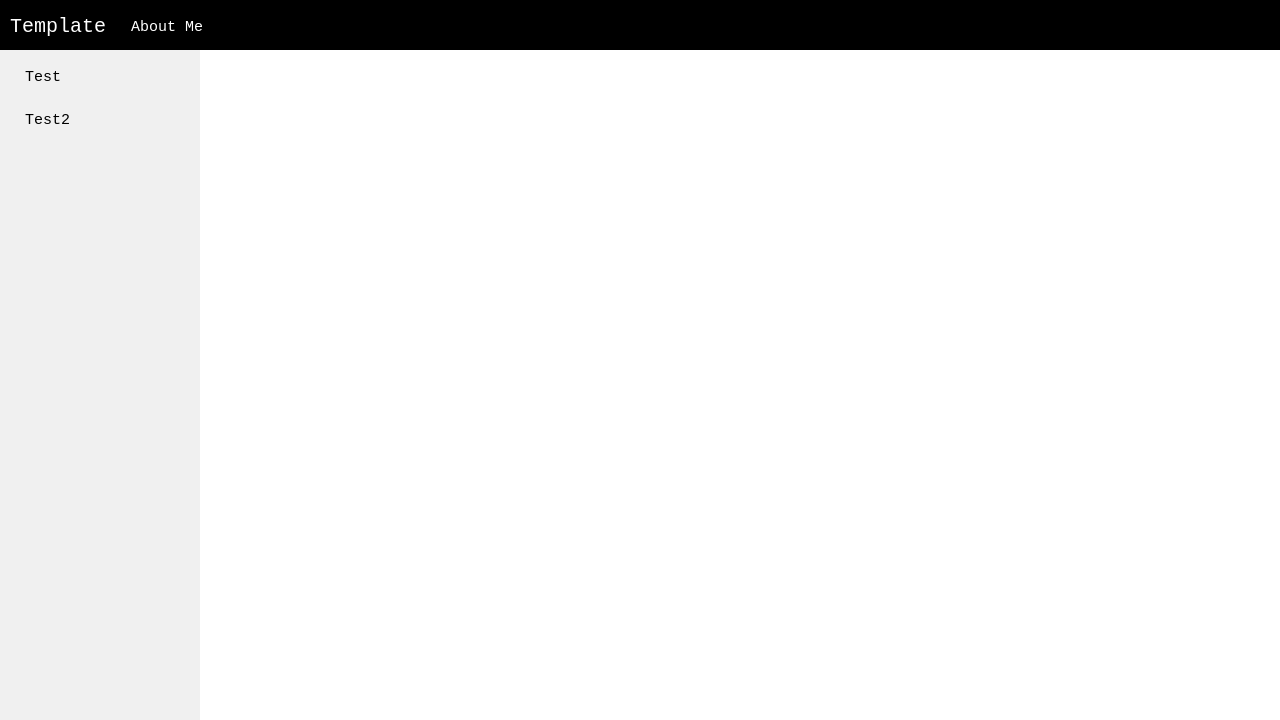
Repository: TimKral5/WikiPage
Page: index.html
The author's editor kept a copy of each file at every save. The page is drawn from the files as they stood at one save, then again after the next save.
The browser window is 1280 px wide. The pictures show the whole page.

Above is the page before, as saved 2022-11-10 19:03:11.

### index.html
<!DOCTYPE html>
<html lang="en">

<head>
    <meta charset="UTF-8">
    <meta http-equiv="X-UA-Compatible" content="IE=edge">
    <meta name="viewport" content="width=device-width, initial-scale=1.0">
    <title>Template</title>

    <link rel="stylesheet" href="style.css">
    <link rel="stylesheet" href="ScrollbarAndNosellect.css">
    <script src="tab-system.js" defer></script>
</head>

<body>
    <div class="nav-top">
        <div class="title">Template</div>
        <a class="item" href="http://tim.krals.ch">About Me</a>
    </div>

    <div class="nav-side">
        <a class="item" href="#main/test">Test</a>
        <a class="item" href="#main/test2">Test2</a>
    </div>

    <div id="content" name="main" class="tabgroup">
        <iframe id="contents" src="" frameborder="0"></iframe>
    </div>
</body>

</html>

### style.css
html, body {
    font-family: "Courier New";
}

body > div#content {
    position: absolute;
    top: 50px;
    left: 200px;
    right: 0px;
    bottom: 0px;
}

iframe#contents {

}

body > div.nav-side {
    position: absolute;
    top: 50px;
    left: 0px;
    bottom: 0px;
    width: 200px;
    background-color: rgb(240  240 240);
}

body > div.nav-top {
    position: absolute;
    top: 0px;
    left: 0px;
    right: 0px;
    height: 50px;
    display: flex;

    background-color: rgb(0 0 0);
}

div.nav-top > div.title {
    display: flex;
    color: rgb(255 255 255);
    align-content: center;
    width: max-content;
    padding-top: 15px;
    margin-left: 10px;
    font-size: 20px;
}

div.nav-top > a.item {
    display: flex;
    color: rgb(255 255 255);
    align-content: center;

    width: max-content;
    height: max-content;

    margin-top: 10px;
    margin-left: 10px;

    padding-top: 8.79px;
    padding-left: 15px;
    padding-right: 15px;
    padding-bottom: 7px;

    font-size: 15px;
    text-decoration: none;
    border-radius: 5px;
}

div.nav-side > a.item {
    display: flex;
    color: rgb(0 0 0);
    align-content: center;

    position: relative;
    height: max-content;

    margin-top: 10px;
    margin-left: 10px;
    margin-right: 10px;

    padding-top: 8.79px;
    padding-left: 15px;
    padding-right: 15px;
    padding-bottom: 7px;

    font-size: 15px;
    text-decoration: none;
    border-radius: 5px;
}

div.nav-side > a.item:hover {
    background-color: rgb(205 205 205);
}

### ScrollbarAndNosellect.css
::-webkit-scrollbar {
    width: 13px;
}

::-webkit-scrollbar-track {
    background: transparent;
}

::-webkit-scrollbar-thumb {
    background: rgb(30, 30, 30);
    border-radius: 5px;
}

::-webkit-full-screen {
    /*background-color: black;*/
}

html,
body {
    -webkit-user-select: none;
    -webkit-touch-callout: none;
    -moz-user-select: none;
    -ms-user-select: none;
    user-select: none;

}

### tab-system.js
(() => {
    document.getElementById('contents').src =
        window.location.hash.replace("#", "");
    window.addEventListener("hashchange", () => parent.location.reload());
})();

After the next save:
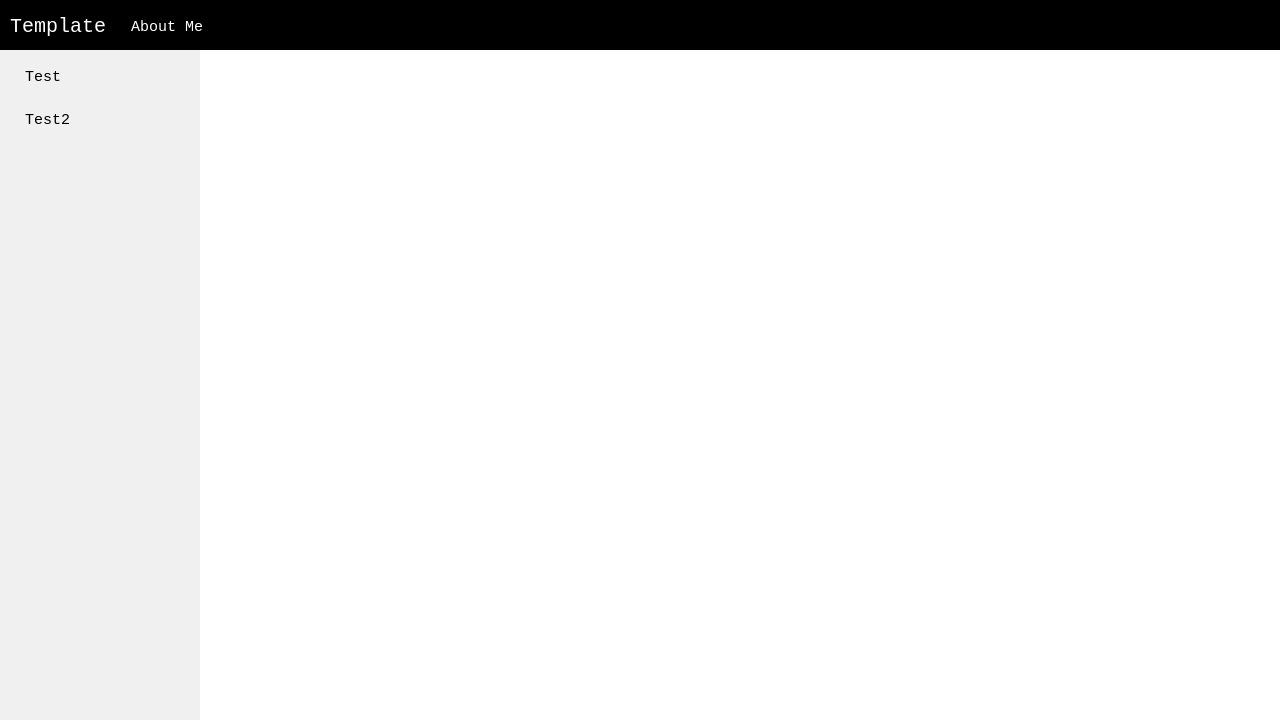
Saved 16 s later.
--- a/style.css
+++ b/style.css
@@ -11,7 +11,8 @@
 }
 
 iframe#contents {
-
+    width: 100%;
+    height: 100%;
 }
 
 body > div.nav-side {

After the save that followed:
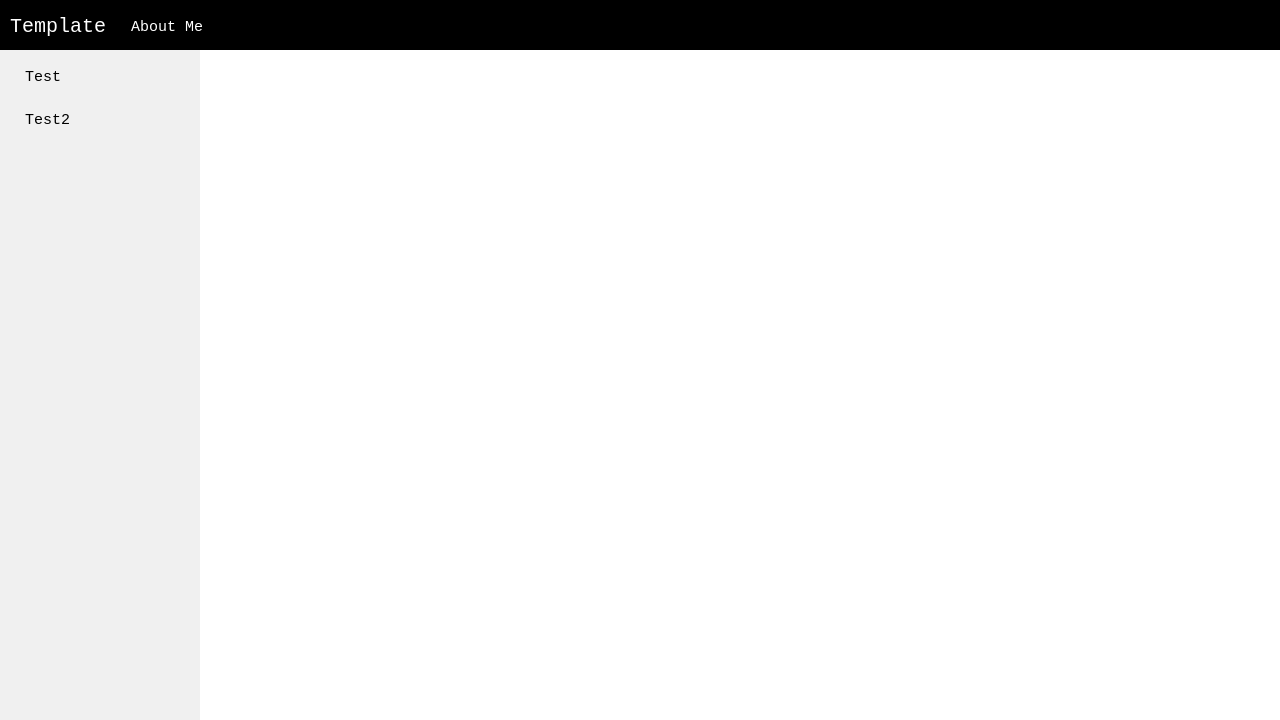
Saved 18 s later.
--- a/style.css
+++ b/style.css
@@ -11,8 +11,7 @@
 }
 
 iframe#contents {
-    width: 100%;
-    height: 100%;
+    position: absolute 0px 0px 0px 0px;
 }
 
 body > div.nav-side {
